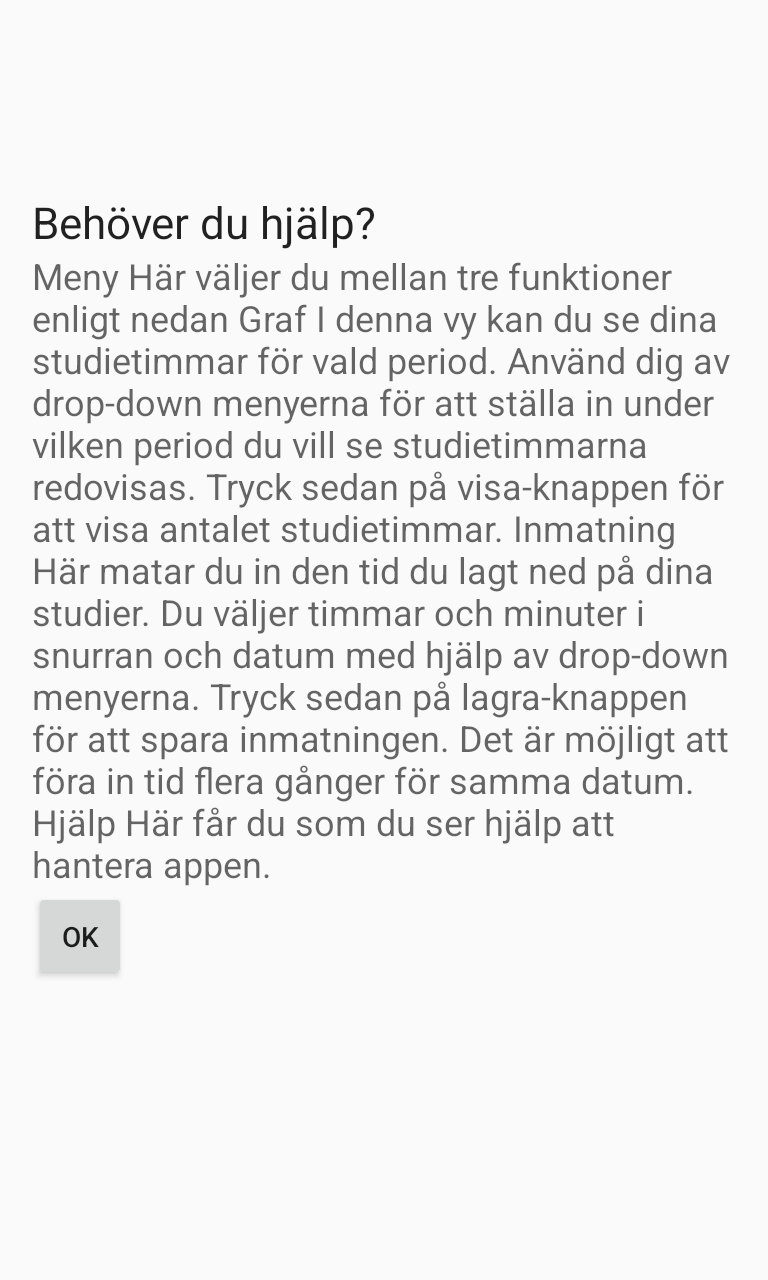
Repository: Dinova/Studiekoll
Layout: Studiekoll/Studiekoll/res/layout/fragment_help.xml
An editor plug-in stored every save of this project. The layout is shown before and after the next save, followed by the edit.
It is drawn on a 768 x 1280 px phone screen (xhdpi) without system bars, with theme AppTheme; the app's code is not run.

Above is the layout before, as saved 2014-05-16 08:36:43.

### Studiekoll/Studiekoll/res/layout/fragment_help.xml
<LinearLayout xmlns:android="http://schemas.android.com/apk/res/android"
    xmlns:tools="http://schemas.android.com/tools"
    android:layout_width="match_parent"
    android:layout_height="match_parent"
    android:orientation="vertical"
    android:paddingBottom="@dimen/activity_vertical_margin"
    android:paddingLeft="@dimen/activity_horizontal_margin"
    android:paddingRight="@dimen/activity_horizontal_margin"
    android:paddingTop="@dimen/activity_vertical_margin"
    tools:context="com.grupp8DAT255.studiekoll.HelpActivity$PlaceholderFragment" >

    <TextView
        android:id="@+id/textView1"
        android:layout_width="wrap_content"
        android:layout_height="wrap_content"
        android:layout_alignParentTop="true"
        android:layout_centerHorizontal="true"
        android:layout_marginTop="80dp"
        android:text="Behöver du hjälp?"
        android:textAppearance="?android:attr/textAppearanceLarge" />

    <TextView
        android:id="@+id/textView2"
        android:layout_width="wrap_content"
        android:layout_height="wrap_content"
        android:scrollHorizontally="true"
        android:scrollbarAlwaysDrawVerticalTrack="true"
        android:text="@string/help_text"
        android:textAppearance="?android:attr/textAppearanceMedium" />

     <Button
        android:id="@+id/button1"
        style="?android:attr/buttonStyleSmall"
        android:layout_width="wrap_content"
        android:layout_height="wrap_content"
        android:layout_marginBottom="35dp"
        android:text="OK"
        android:onClick="backToMain"/>

</LinearLayout>

### Studiekoll/Studiekoll/res/values/strings.xml
<?xml version="1.0" encoding="utf-8"?>
<resources>

    <string name="app_name">Studiekoll</string>
    <string name="action_settings">Settings</string>
    <string name="edit_message">Insert number of hours</string>
    <string name="button_graphics">Graf</string>
    <string name="button_input">Inmatning</string>
    <string name="button_help">Hjälp</string>
    <string name="title_activity_help">Hjälp</string>
    <string name="help_text">
        Meny
        Här väljer du mellan tre funktioner enligt nedan

        Graf
        I denna vy kan du se dina studietimmar för vald period.
        Använd dig av drop-down menyerna för att ställa in under
        vilken period du vill se studietimmarna redovisas.
        Tryck sedan på "visa"-knappen för att visa antalet studietimmar.

        Inmatning
        Här matar du in den tid du lagt ned på dina studier. Du väljer
        timmar och minuter i snurran och datum med hjälp av drop-down
        menyerna. Tryck sedan på "lagra"-knappen för att spara inmatningen.
        Det är möjligt att föra in tid flera gånger för samma datum.

        Hjälp
        Här får du som du ser hjälp att hantera appen.</string>

</resources>

Loaded but not shown: Studiekoll/Studiekoll/res/values/styles.xml (common file); Studiekoll/Studiekoll/res/values-v11/styles.xml (common file); Studiekoll/Studiekoll/res/values-v14/styles.xml (common file); Studiekoll/Studiekoll/res/values/dimens.xml (common file); Studiekoll/Studiekoll/res/values-w820dp/dimens.xml (common file)

After the next save:
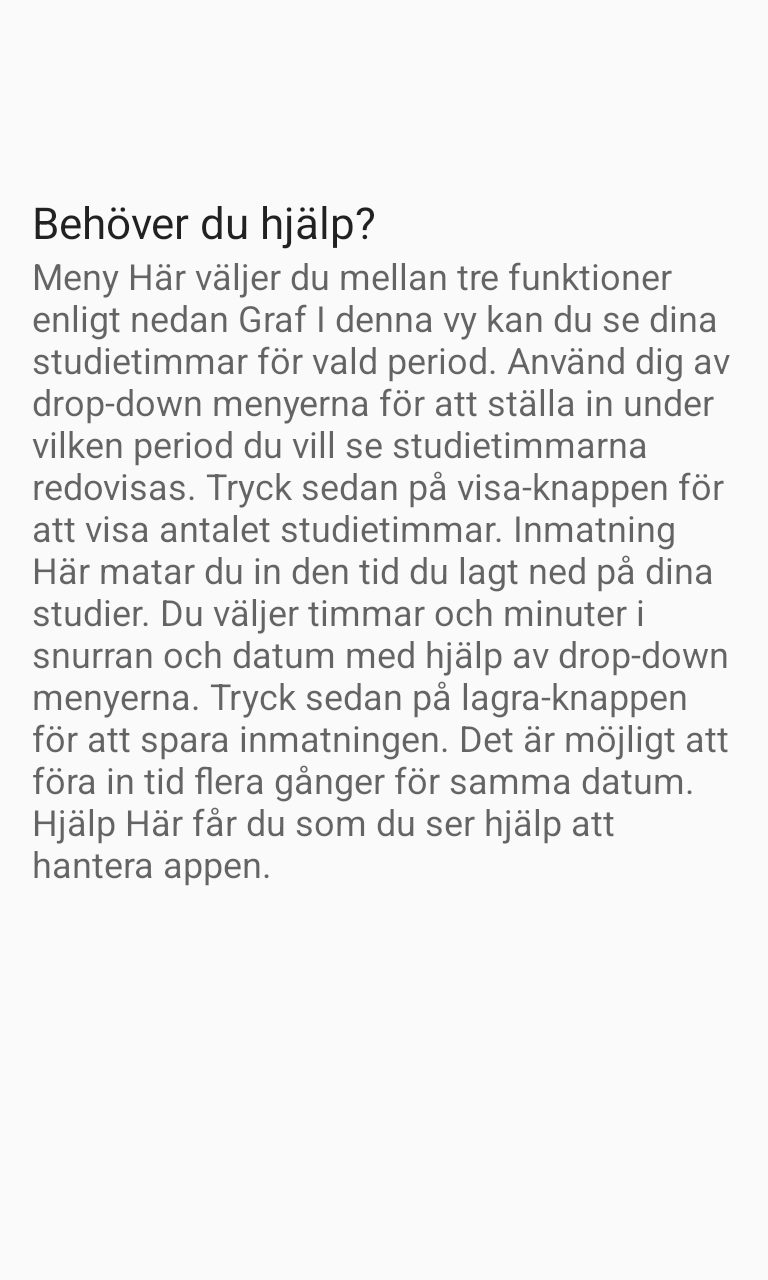
Saved 54 min 34 s later.
--- a/Studiekoll/Studiekoll/res/layout/fragment_help.xml
+++ b/Studiekoll/Studiekoll/res/layout/fragment_help.xml
@@ -19,14 +19,20 @@
         android:text="Behöver du hjälp?"
         android:textAppearance="?android:attr/textAppearanceLarge" />
 
-    <TextView
-        android:id="@+id/textView2"
-        android:layout_width="wrap_content"
-        android:layout_height="wrap_content"
-        android:scrollHorizontally="true"
-        android:scrollbarAlwaysDrawVerticalTrack="true"
-        android:text="@string/help_text"
-        android:textAppearance="?android:attr/textAppearanceMedium" />
+    <ScrollView
+        android:layout_width="fill_parent"
+    	android:layout_height="fill_parent" >
+
+    	<TextView
+        	android:id="@+id/textView2"
+        	android:layout_width="wrap_content"
+        	android:layout_height="wrap_content"
+        	android:scrollHorizontally="true"
+        	android:scrollbarAlwaysDrawVerticalTrack="true"
+        	android:text="@string/help_text"
+        	android:textAppearance="?android:attr/textAppearanceMedium" />
+
+    </ScrollView>
 
      <Button
         android:id="@+id/button1"
